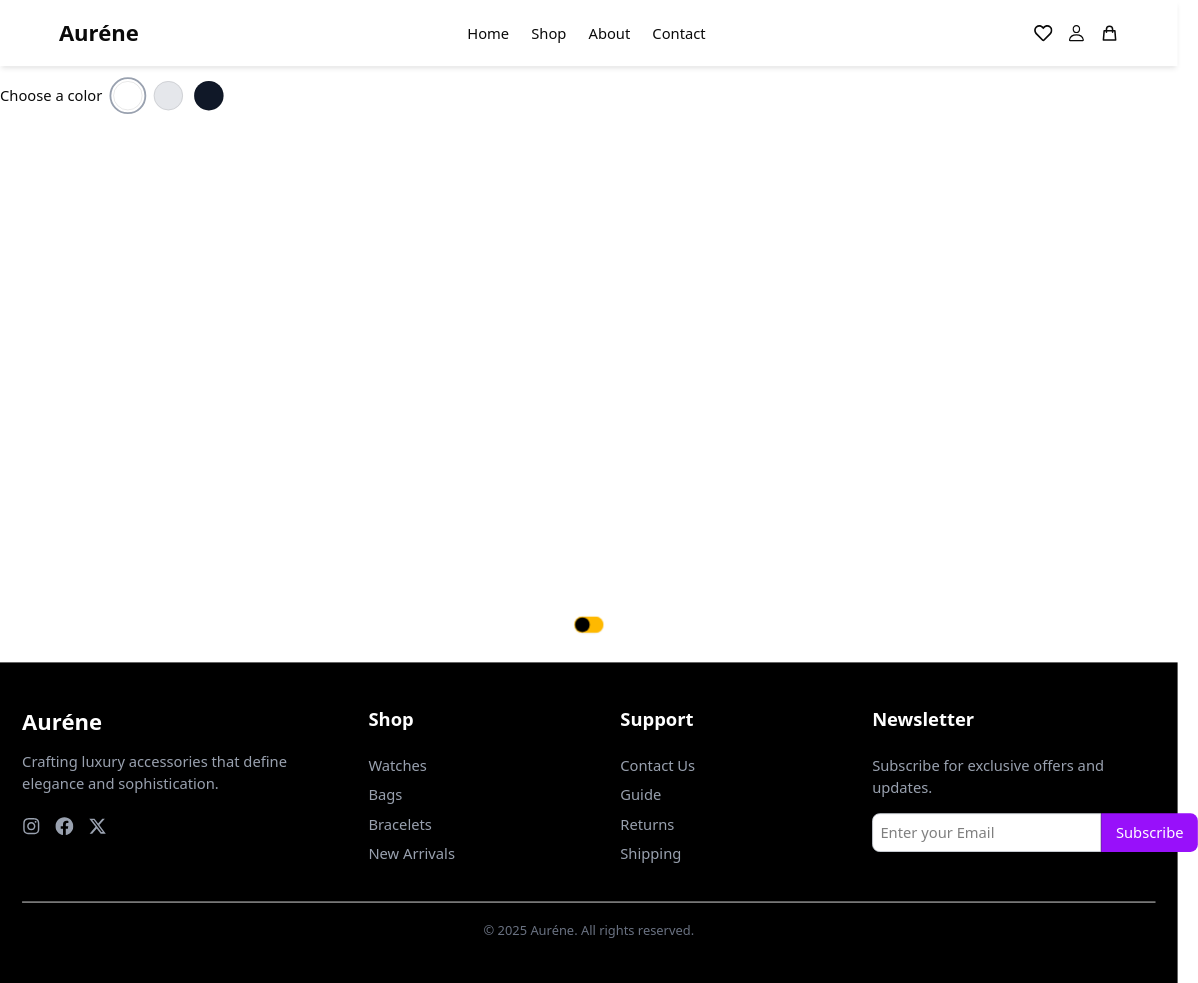
Repository: oehab30/Aur-ne-e-commerce-
Page: /Wishlist
The author's editor kept a copy of each file at every save. The page is drawn from the files as they stood at one save, then again after the next save.
The browser window is 1280 px wide. The page is 1302 px wide, so the pictures cover 1302 px, including what lies to the right of the window. The pictures show the whole page, at 92% of full size.
The project was rebuilt for these pictures with package versions that can differ from the ones it lists, and the page was loaded fresh each time. Also part of the build but not shown: src/components/home-page/Hero.tsx, src/components/home-page/Hotoffers.tsx, src/components/home-page/Dontmiss.tsx, src/components/home-page/Featuredcollection.tsx, src/components/home-page/BestSellers.tsx, src/components/home-page/Summercollection.tsx, src/pages/Home.tsx, src/components/common/Categories.tsx and 7 more.

Above is the page before, as saved 2025-11-26 18:53:17.

After the next save:
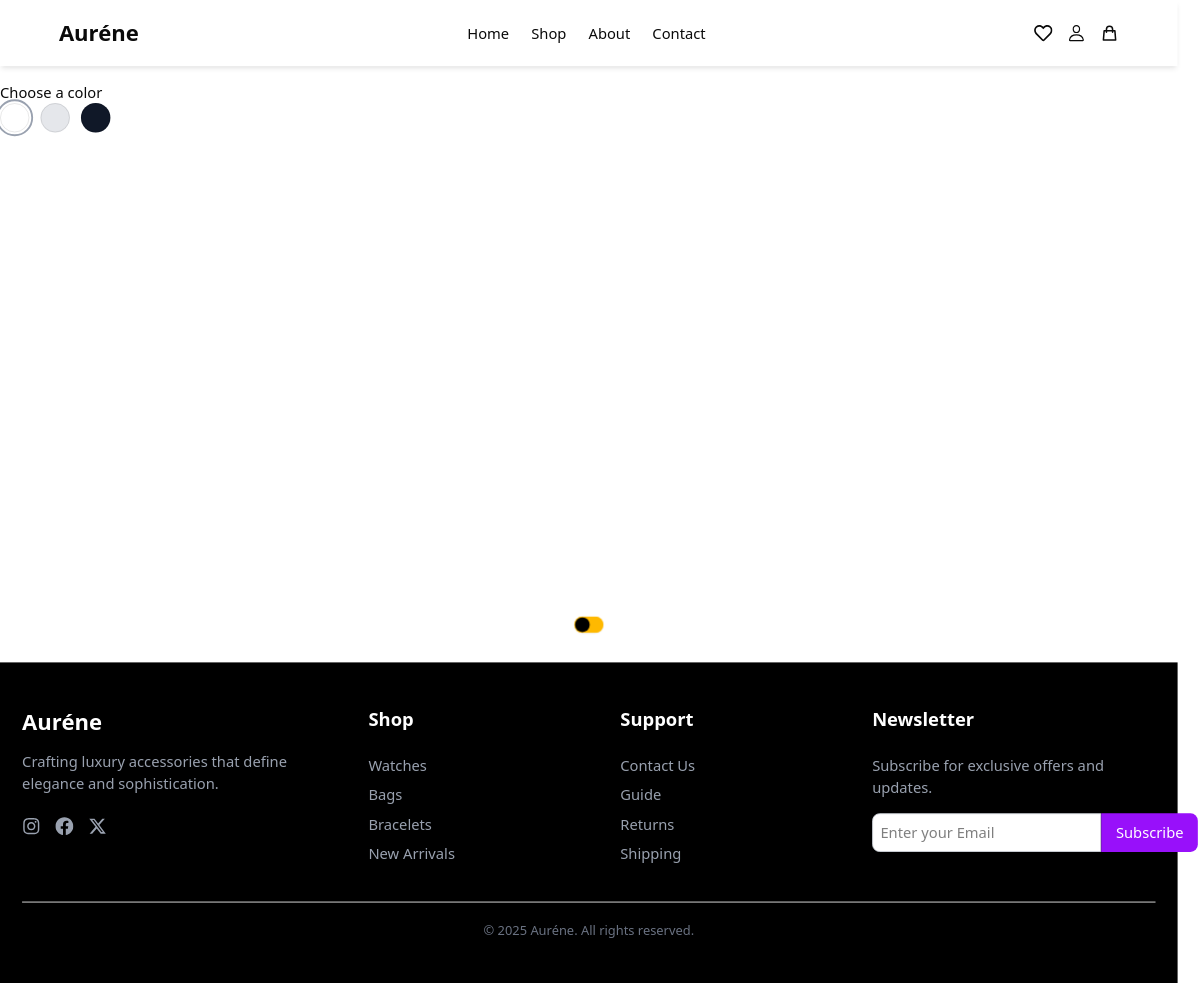
Saved 7 s later.
--- a/src/components/Shop-page/color.tsx
+++ b/src/components/Shop-page/color.tsx
@@ -12,8 +12,8 @@ function Color() {
 
   return (
     <fieldset aria-label="Choose a color" className="mt-4 ">
+        <h1>Choose a color</h1>
       <div className="flex items-center gap-x-3">
-        <h1>Choose a color</h1>
         {product.colors.map((color, index) => (
           <div
             key={color.id}
